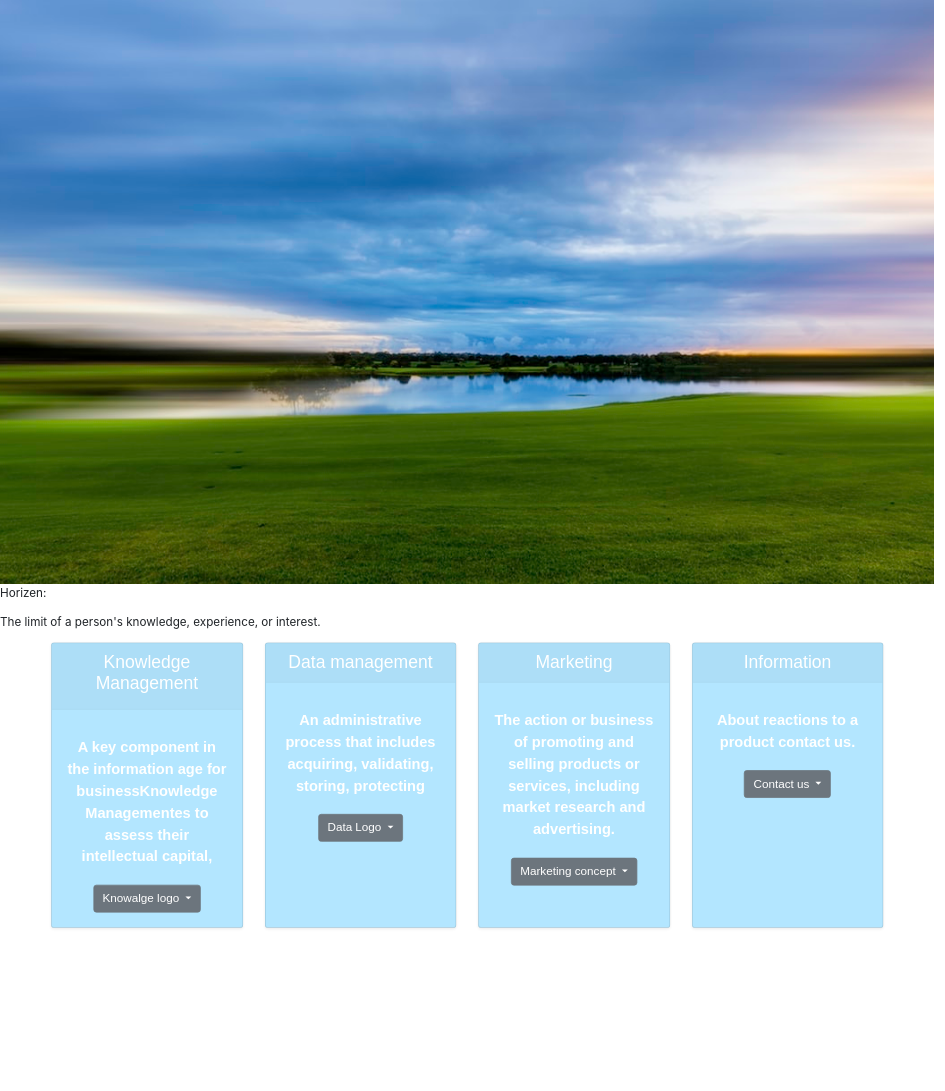
Repository: Code-Institute-Submissions/vahega-my-first-project
Page: index.html
The author's editor kept a record of every edit. The page is drawn from the files as they stood at one moment, then again after the next edit.
The browser window is 1280 px wide. The page is 1280 px wide, then 1295 px, so the pictures cover 1295 px, including what lies to the right of the window. The pictures show the whole page, at 73% of full size.
Backgrounds fixed to the window are drawn as part of the page. Some web fonts or font styles are not loaded; a fallback is used.

Above is the page before.

After the next edit:
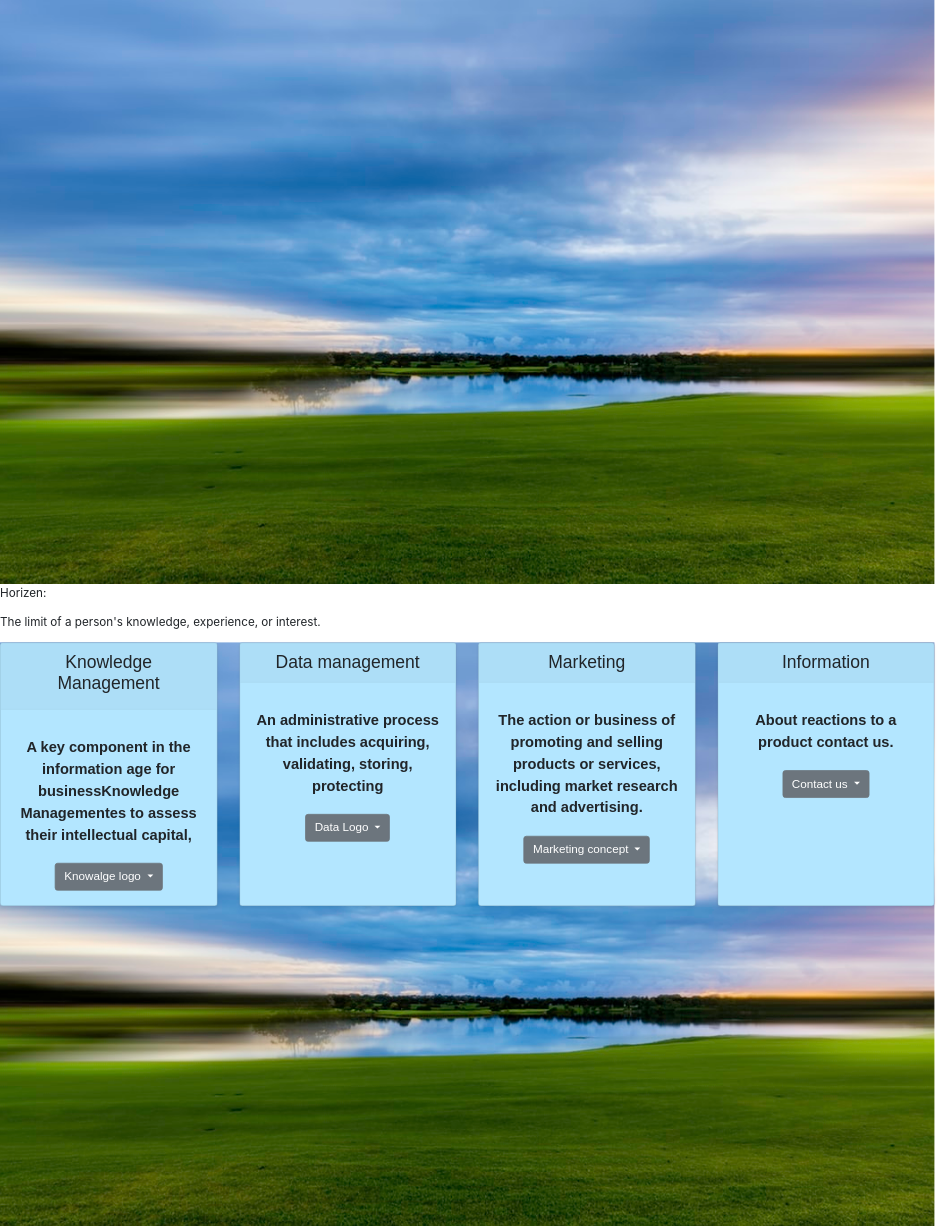
The edit:
--- a/index.html
+++ b/index.html
@@ -35,7 +35,7 @@
   </div>
 </header>
  <body>
-     <div class="container">
+     <div class="parallax">
   <div class="card-deck mb-3 text-center">
     <div class="card mb-4 shadow-sm">
         <div class="card-header">
